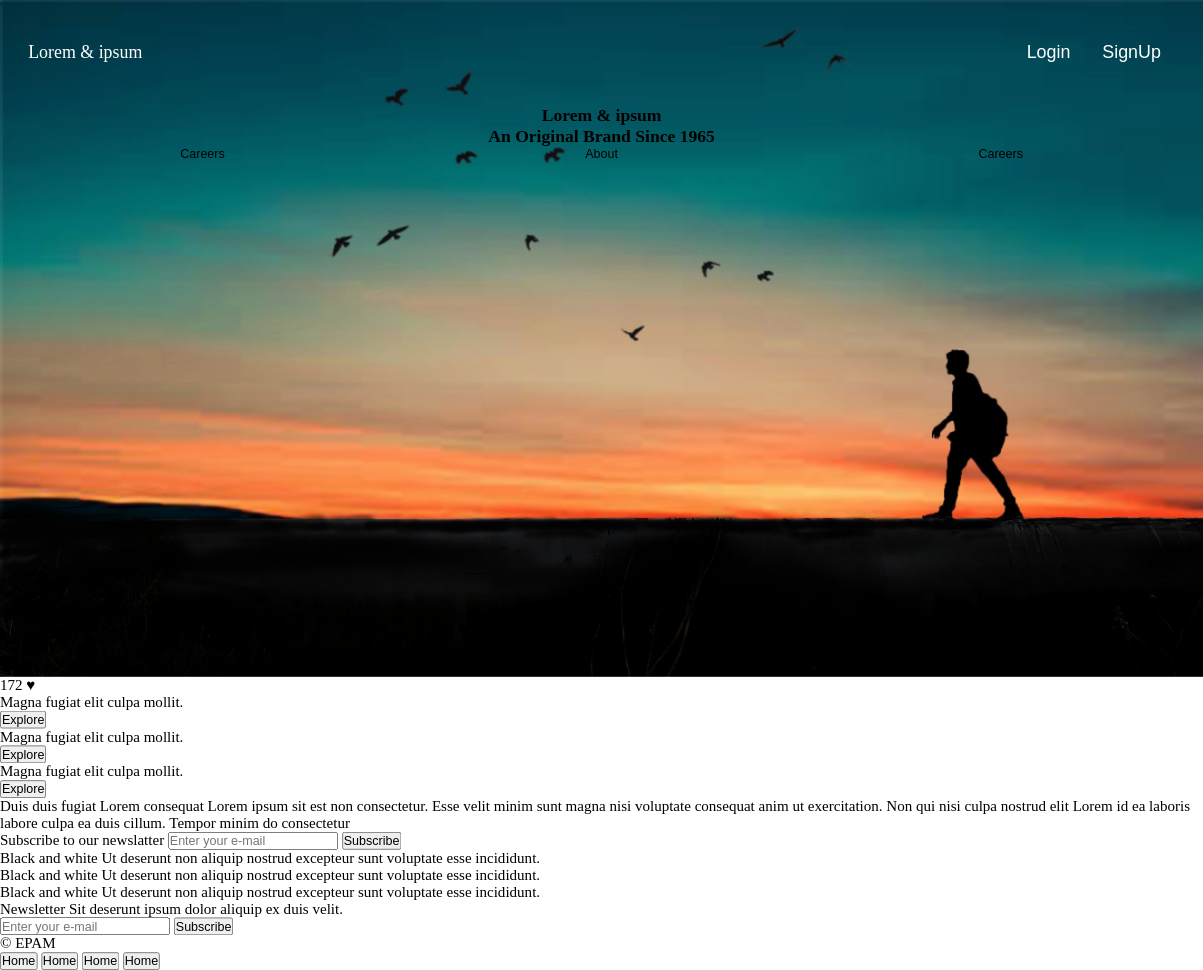
Repository: M1shkaBear/FLX
Page: FLX_homework_4/homework/index.html
An editor plug-in stored every save of this project. The page is shown before and after the next save, followed by the edit.
The browser window is 1280 px wide. The pictures show the whole page, at 94% of full size.

Above is the page before, as saved 2019-01-29 22:13:39.

After the next save:
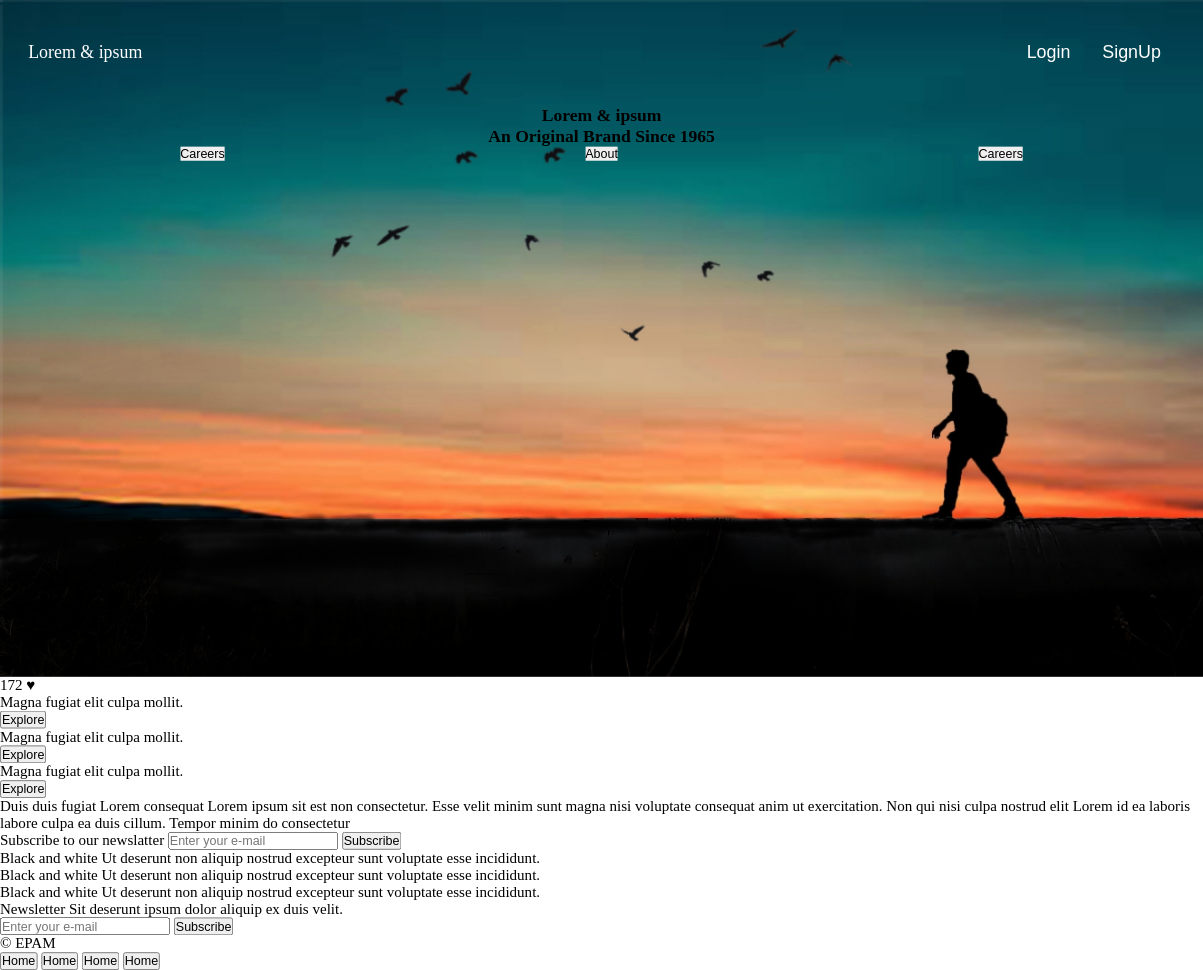
Saved 5 s later.
--- a/FLX_homework_4/homework/css/style.css
+++ b/FLX_homework_4/homework/css/style.css
@@ -39,6 +39,5 @@
 }
 .btns {
   border: 2px;
-  background-color: Transparent;
   cursor: pointer;
 }
